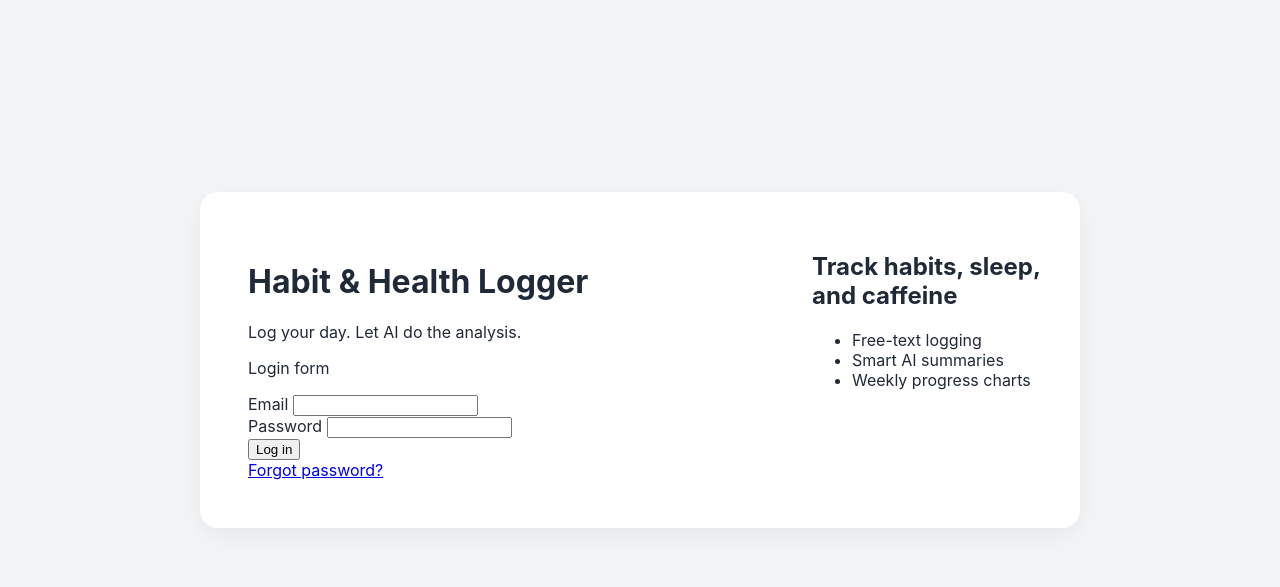
Repository: rawanwehbe6/habit-health-logger
Page: HHL-client/index.html
An editor plug-in stored every save of this project. The page is shown before and after the next save, followed by the edit.
The browser window is 1280 px wide. The pictures show the whole page.

Above is the page before, as saved 2025-11-16 00:36:40.

After the next save:
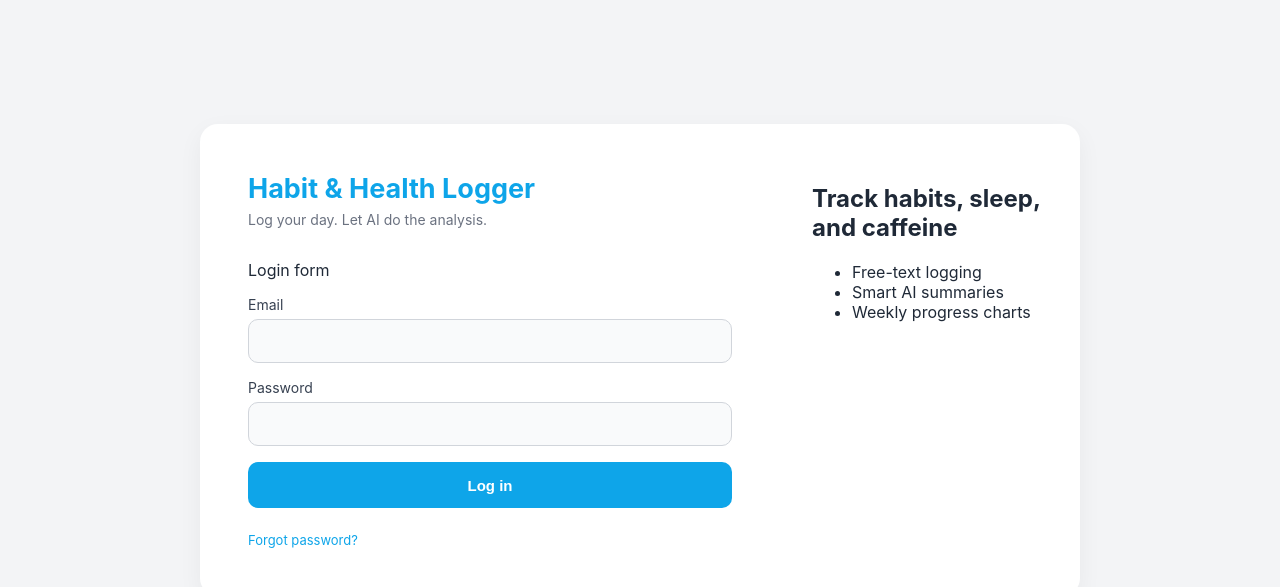
Saved 2 min 3 s later.
--- a/HHL-client/assets/css/style.css
+++ b/HHL-client/assets/css/style.css
@@ -39,3 +39,86 @@ body {
   width: 300px;
   padding: 40px 32px;
 }
+
+.app-title {
+  margin: 0;
+  font-size: 27px;
+  font-weight: 700;
+  color: #0EA5E9; /* teal accent */
+}
+
+.app-subtitle {
+  margin: 6px 0 32px 0;
+  font-size: 14px;
+  color: #6B7280;
+}
+
+.auth-form {
+  display: flex;
+  flex-direction: column;
+  gap: 16px;
+}
+
+.form-group {
+  display: flex;
+  flex-direction: column;
+  gap: 6px;
+}
+
+.form-group label {
+  font-size: 14px;
+  color: #374151;
+}
+
+.form-group input {
+  height: 44px;
+  padding: 0 12px;
+  border-radius: 10px;
+  font-size: 14px;
+  border: 1px solid #D1D5DB;
+  background: #F9FAFB;
+  transition: border-color 0.15s ease, background 0.15s ease;
+}
+
+.form-group input:focus {
+  border-color: #0EA5E9;
+  background: #FFFFFF;
+  outline: none;
+}
+
+.btn-primary {
+  height: 46px;
+  border: none;
+  border-radius: 10px;
+  background: #0EA5E9;
+  color: #ffffff;
+  font-size: 15px;
+  font-weight: 600;
+  cursor: pointer;
+  transition: background 0.15s ease, transform 0.12s ease;
+}
+
+.btn-primary:hover {
+  background: #0284C7;
+}
+
+.btn-primary:active {
+  transform: scale(0.98);
+}
+
+.auth-links {
+  margin-top: 8px;
+  display: flex;
+  flex-direction: column;
+  gap: 4px;
+  font-size: 13px;
+}
+
+.auth-link {
+  color: #0EA5E9;
+  text-decoration: none;
+}
+
+.auth-link:hover {
+  text-decoration: underline;
+}
